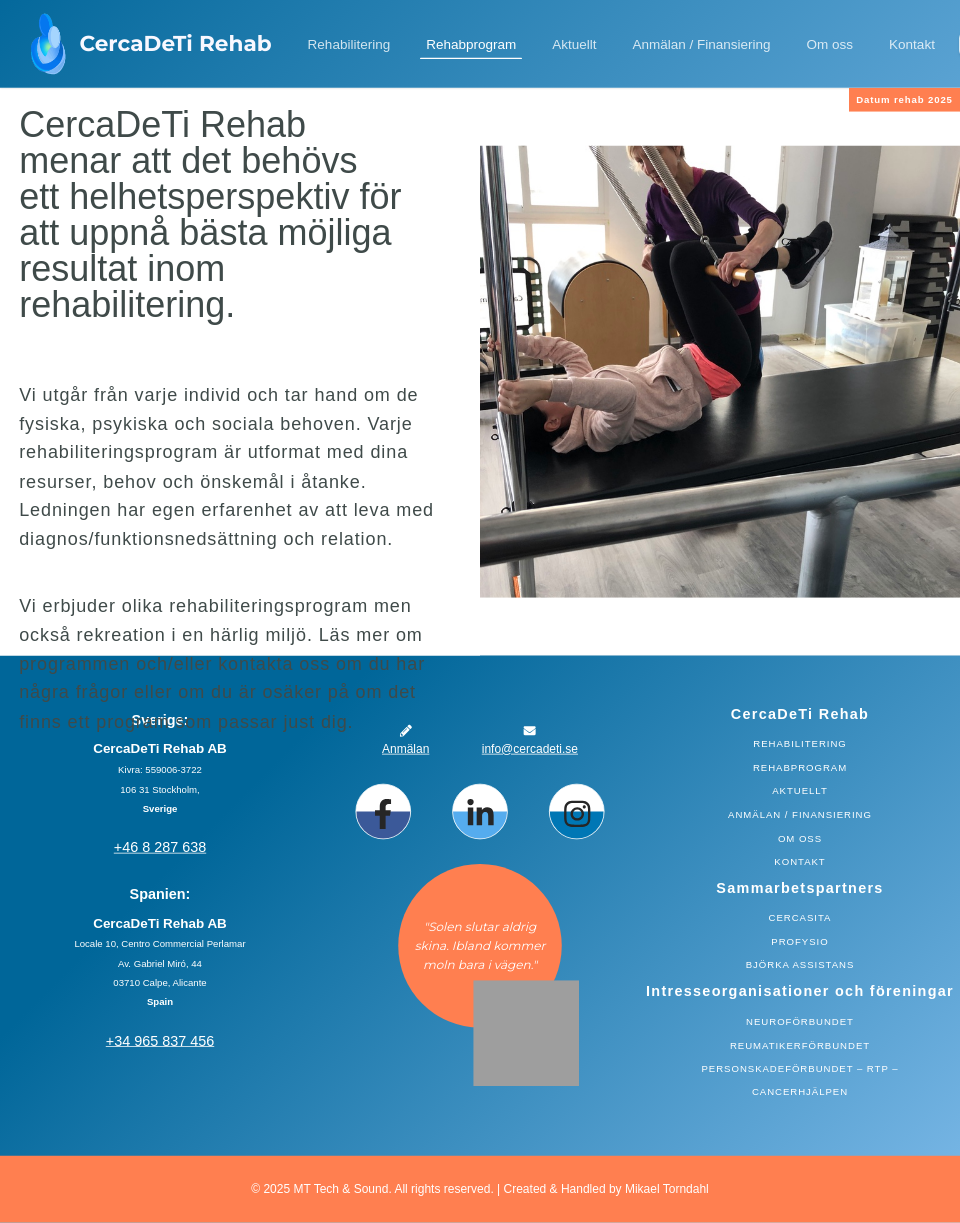
Repository: micketorndahl/CercaDeTi-rehab
Page: Rehabprogram.html
The author's editor kept a copy of each file at every save. The page is drawn from the files as they stood at one save, then again after the next save.
The browser window is 1280 px wide. The pictures show the whole page, at 75% of full size.
Pictures or frames that could not be fetched are drawn as grey boxes. The page's requests for data from a server got no answer. Some web fonts or font styles are not loaded; a fallback is used. Some web libraries are served in a nearby version.

Above is the page before, as saved 2025-02-07 02:38:10.
Console error: TypeError: Cannot set properties of null (setting 'innerHTML')

After the next save:
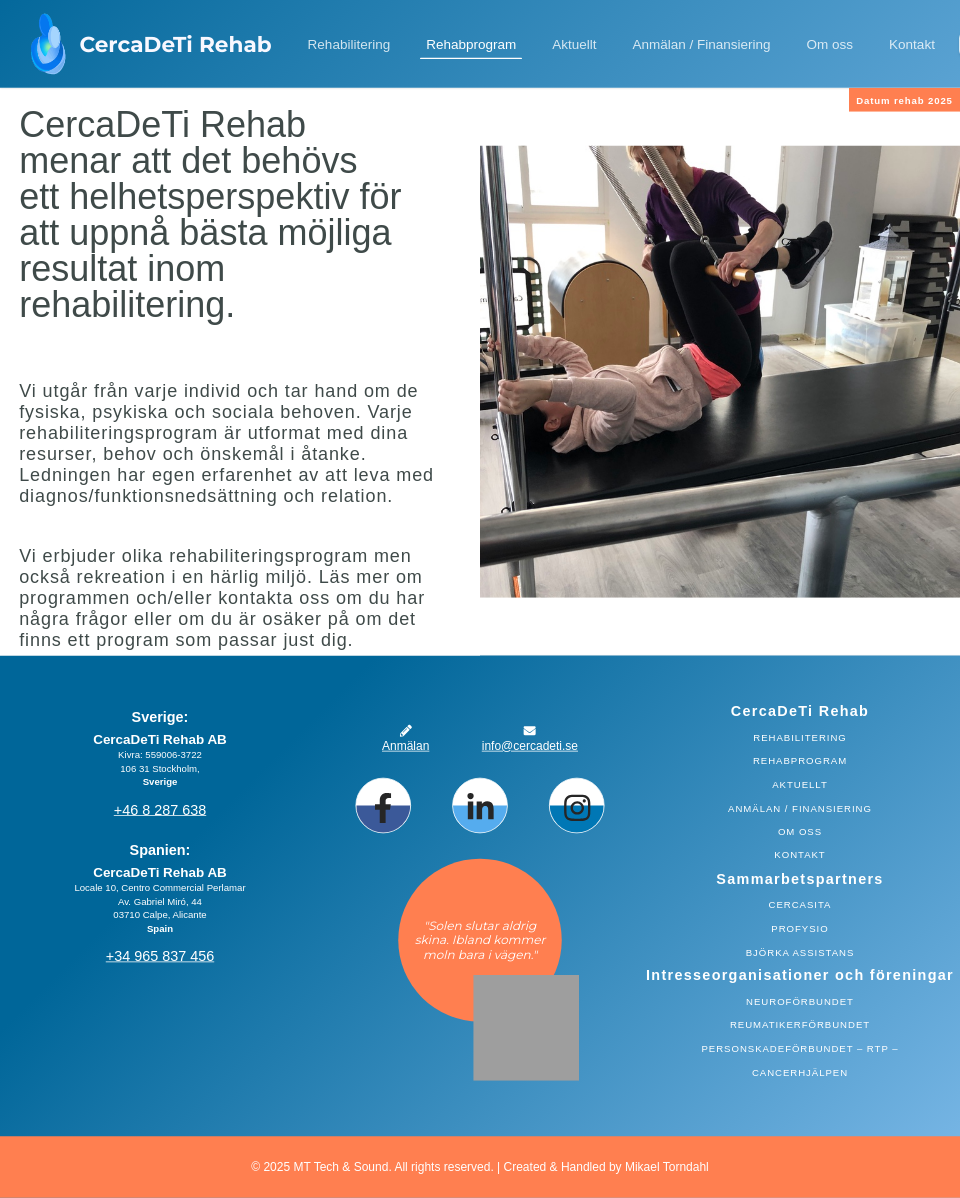
Saved 22 s later.
--- a/css/variables.css
+++ b/css/variables.css
@@ -97,6 +97,7 @@
   /* Sizes / Calcs */
 
   --header-height: 117px;
+  --font-size-p:
   --body-font-line-height: 1.6em;
   --padding-top: 6rem;
   --gap: 2rem;

After the save that followed:
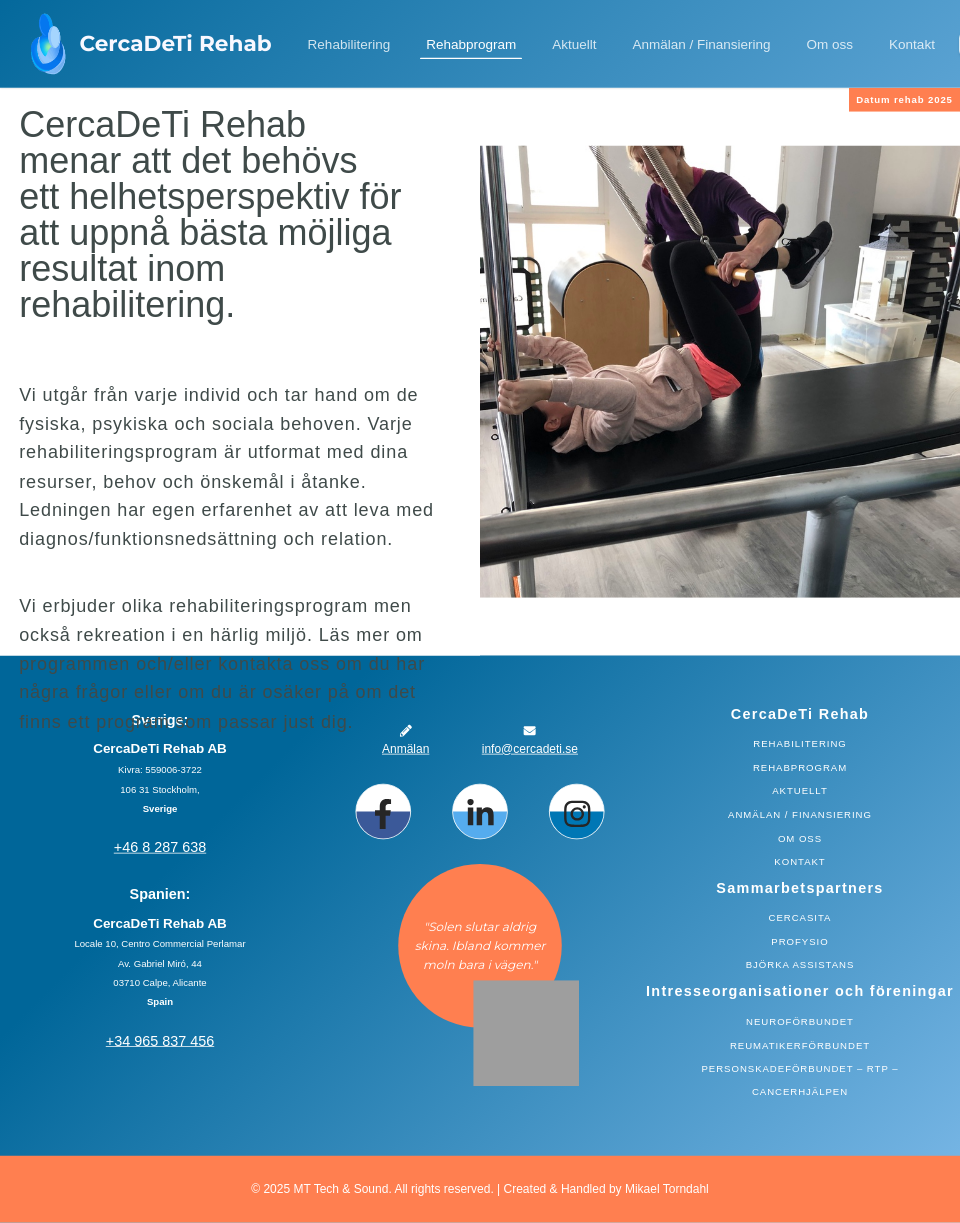
Saved 8 s later.
--- a/css/variables.css
+++ b/css/variables.css
@@ -97,7 +97,7 @@
   /* Sizes / Calcs */
 
   --header-height: 117px;
-  --font-size-p:
+  --font-size-p: 1.2rem;
   --body-font-line-height: 1.6em;
   --padding-top: 6rem;
   --gap: 2rem;
